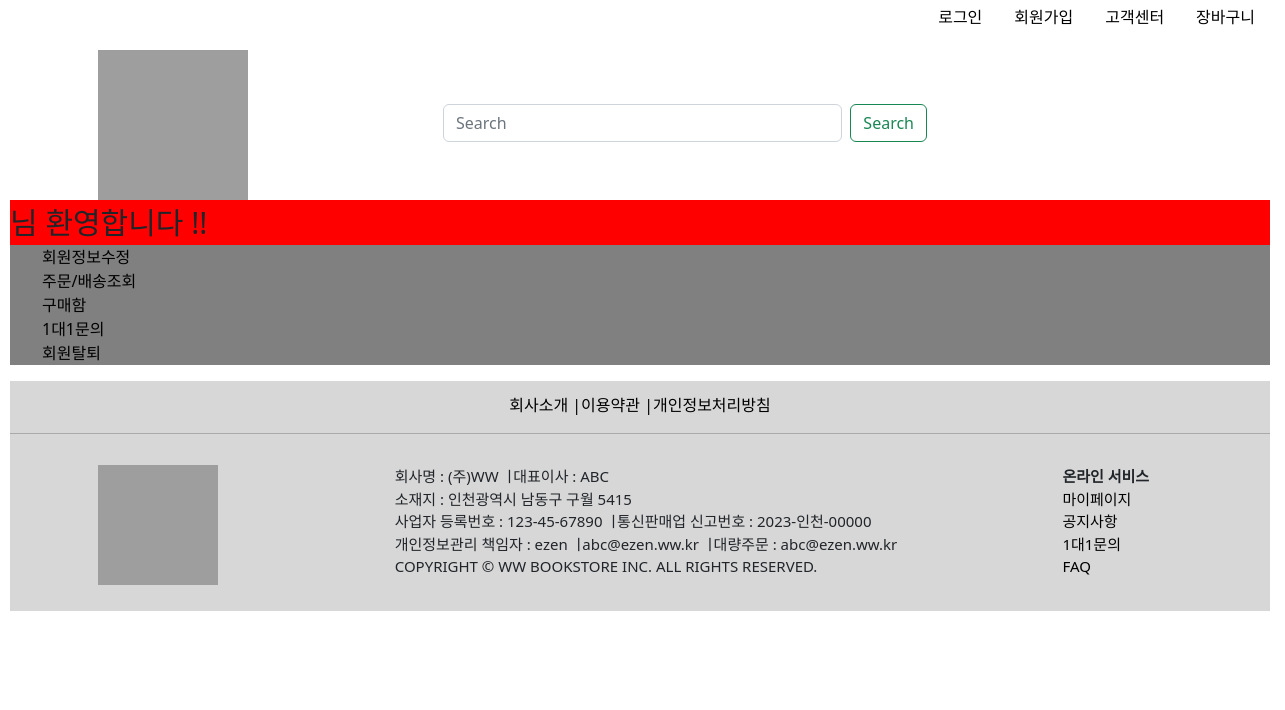
Repository: leehyeonung/project4
Page: http://localhost/book/WEB-INF/views/member/mypage.jsp
These files come from the project's save history. The page is drawn as it stood at one moment and after the next save; the edit follows.
The browser window is 1280 px wide. The page is 1280 px wide, then 1285 px, so the pictures cover 1285 px, including what lies to the right of the window. The pictures show the whole page.
Pictures or frames that could not be fetched are drawn as grey boxes. The page is served by Tomcat 9. Nobody is signed in. The template is opened directly, without the code that normally fills it, so the values that code supplies are empty.

Above is the page before, as saved 2023-01-06 02:42:17.

After the next save:
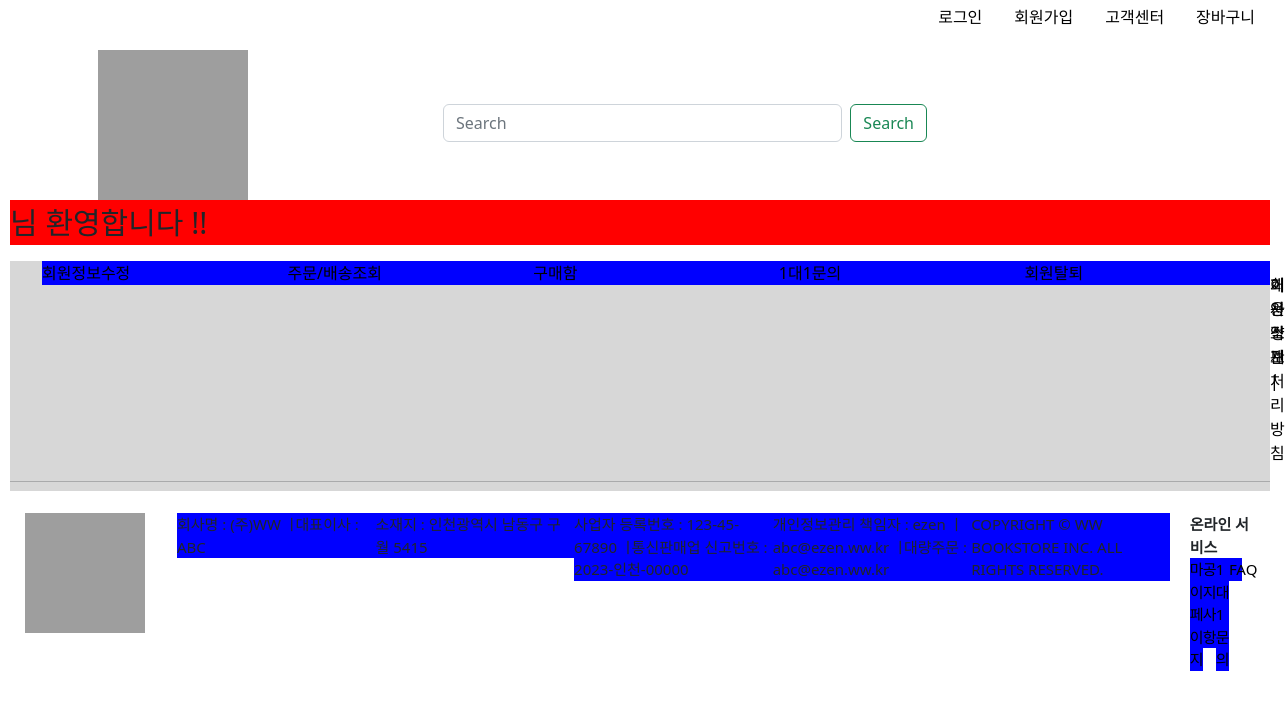
Saved 18 s later.
--- a/book/src/main/webapp/resources/css/mypage.css
+++ b/book/src/main/webapp/resources/css/mypage.css
@@ -17,7 +17,7 @@
 .information{
 	background-color : red;
 }
-select>ul>li{
+li{
     display: inline-block;
 	float : left;
 	width : 20%;
